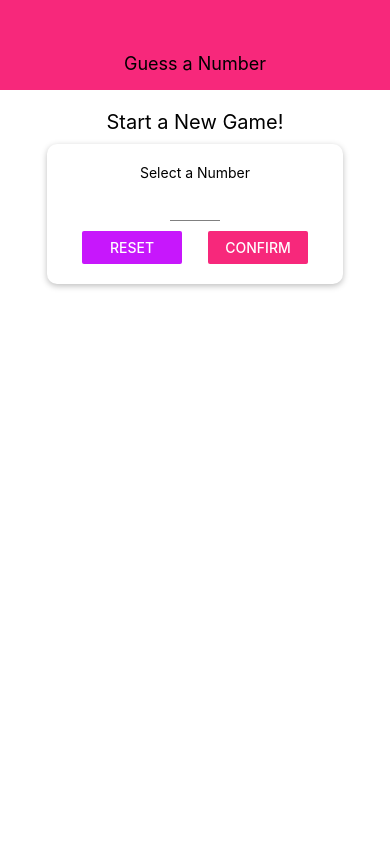
Repository: jes-wd/rn-num-guess
Screen: /
An editor plug-in stored every save of this project. The screen is shown before and after the next save, followed by the edit.
The app was drawn by React Native's web renderer in a window 390 px wide. The project was rebuilt for these pictures with package versions that can differ from the ones it lists, and the page was loaded fresh each time. Also part of the build but not shown: components/NumberContainer.js, screens/GameScreen.js, screens/GameOverScreen.js.

Above is the screen before, as saved 2020-03-22 18:43:33.

### App.js
import React, { useState } from 'react';
import { StyleSheet, View } from 'react-native';

import Header from './components/Header';
import StartGameScreen from './screens/StartGameScreen';
import GameScreen from './screens/GameScreen';
import GameOverScreen from './screens/GameOverScreen';

export default function App() {
  const [userNumber, setUserNumber] = useState();
  const [guessRounds, setGuessRounds] = useState(0);

  const startGameHandler = (selectedNumber) => {
    setUserNumber(selectedNumber);
  };

  const gameOverHandler = numOfRounds => {
    setGuessRounds(numOfRounds);
  };

  let content = <StartGameScreen onStartGame={startGameHandler} />;

  if (userNumber && guessRounds <= 0) {
    content = <GameScreen userChoice={userNumber} onGameOver={gameOverHandler} />;
  } else if (guessRounds > 0) {
    content = <GameOverScreen />
  }

  return (
    <View style={styles.screen}>
      <Header title="Guess a Number" />
      {content}
    </View>
  );
}

const styles = StyleSheet.create({
  screen: {
    flex: 1
  }
});

### components/Header.js
import React from 'react';
import { View, Text, StyleSheet } from 'react-native';

import Colors from '../constants/Colors';

const Header = props => {
  return(
    <View style={styles.header}>
      <Text style={styles.headerTitle} color="white">{props.title}</Text>
    </View>
  );
};

const styles = StyleSheet.create({
  header: {
    width: '100%',
    height: 90,
    paddingTop: 36,
    backgroundColor: Colors.primary,
    alignItems: 'center',
    justifyContent: 'center'
  },
  headerTitle: {
    color: 'black',
    fontSize: 18
  }
});

export default Header;

### screens/StartGameScreen.js
import React, { useState } from 'react';
import { View, Text, StyleSheet, Button, TouchableWithoutFeedback, Keyboard, Alert } from 'react-native';

import Card from '../components/Card';
import Input from '../components/Input';
import NumberContainer from '../components/NumberContainer';
import Colors from '../constants/Colors';

const StartGameScreen = props => {
  const [enteredValue, setEnteredValue] = useState('');
  const [confirmed, setConfirmed] = useState(false);
  const [selectedNumber, setSelectedNumber] = useState();

  const numberInputHandler = inputText => {
    setEnteredValue(inputText.replace(/[^0-9]/g, ''));
  };

  const resetInputHandler = () => {
    setEnteredValue('');
    setConfirmed(false);
  };

  const confirmInputHandler = () => {
    const chosenNumber = parseInt(enteredValue);
    if (isNaN(chosenNumber) || chosenNumber <=0 || chosenNumber > 99) {
      Alert.alert('Invalid number!', 'Number has to be a number between 1 and 99.', [{text: 'Okay', style: 'destructive', onPress: resetInputHandler}])
      return;
    }
    setConfirmed(true);
    setSelectedNumber(chosenNumber);
    setEnteredValue('');
    Keyboard.dismiss();
  };

  let confirmedOutput;

  if (confirmed) {
    confirmedOutput = (
      <Card style={styles.summaryContainer}>
        <Text>Chosen Number:</Text>
        <NumberContainer>{selectedNumber}</NumberContainer>
        <Button title="START GAME" onPress={() => props.onStartGame(selectedNumber)} />
      </Card>
    );
  }

  return (
    <TouchableWithoutFeedback
      onPress={() => {
        Keyboard.dismiss();
      }}
    >
      <View style={styles.screen}>
        <Text style={styles.title}>Start a New Game!</Text>
        <Card style={styles.inputContainer}>
          <Text>Select a Number</Text>
          <Input
            style={styles.input}
            blurOnSubmit
            keyboardType="number-pad"
            autoCapitalize="none"
            autoCorrect={false}
            maxLength={2}
            onChangeText={numberInputHandler}
            value={enteredValue}
          />
          <View style={styles.buttonContainer}>
            <View style={styles.button}>
              <Button title="Reset" onPress={resetInputHandler} color={Colors.accent} />
            </View>
            <View style={styles.button}>
              <Button title="Confirm" onPress={confirmInputHandler} color={Colors.primary} />
            </View>
          </View>
        </Card>
        {confirmedOutput}
      </View>
    </TouchableWithoutFeedback>
  );
};

const styles = StyleSheet.create({
  screen: {
    flex: 1,
    padding: 10,
    alignItems: 'center'
  },
  title: {
    fontSize: 20,
    marginVertical: 10
  },
  inputContainer: {
    width: 300,
    maxWidth: '80%',
    alignItems: 'center'
  },
  buttonContainer: {
    flexDirection: 'row',
    width: '100%',
    justifyContent: 'space-between',
    paddingHorizontal: 15
  },
  button: {
    width: 100
  },
  input: {
    width: 50,
    textAlign: 'center'
  },
  summaryContainer: {
    marginTop: 20,
    alignItems: 'center'
  }
});

export default StartGameScreen;

### constants/Colors.js
export default {
  primary: '#f7287b',
  accent: '#c717fc'
}

### components/Input.js
import React from 'react';
import { TextInput, StyleSheet } from 'react-native';

const Input = props => {
  return(
    <TextInput {...props} style={{...styles.input, ...props.style}} />
  );
};


const styles = StyleSheet.create({
  input: {
    height: 30,
    borderBottomColor: 'grey',
    borderBottomWidth: 1,
    marginVertical: 10
  }
});

export default Input;

Loaded but not shown: components/Card.js (common file)

After the next save:
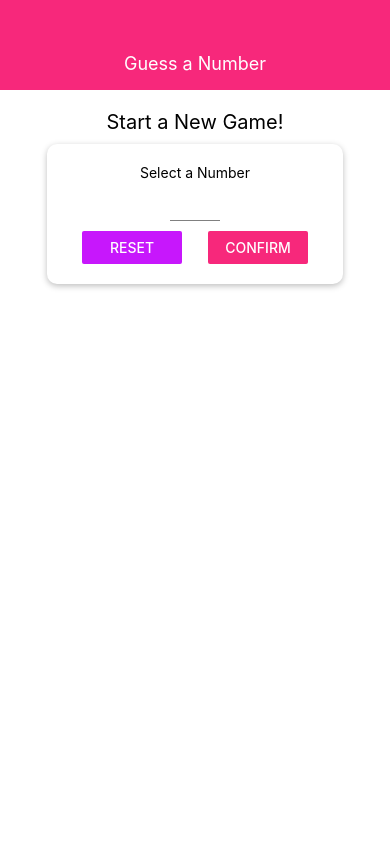
Saved 19 s later.
--- a/components/Header.js
+++ b/components/Header.js
@@ -6,7 +6,7 @@ import Colors from '../constants/Colors';
 const Header = props => {
   return(
     <View style={styles.header}>
-      <Text style={styles.headerTitle} color="white">{props.title}</Text>
+      <Text style={styles.headerTitle}>{props.title}</Text>
     </View>
   );
 };
@@ -21,7 +21,7 @@ const styles = StyleSheet.create({
     justifyContent: 'center'
   },
   headerTitle: {
-    color: 'black',
+    color: 'white',
     fontSize: 18
   }
 });
